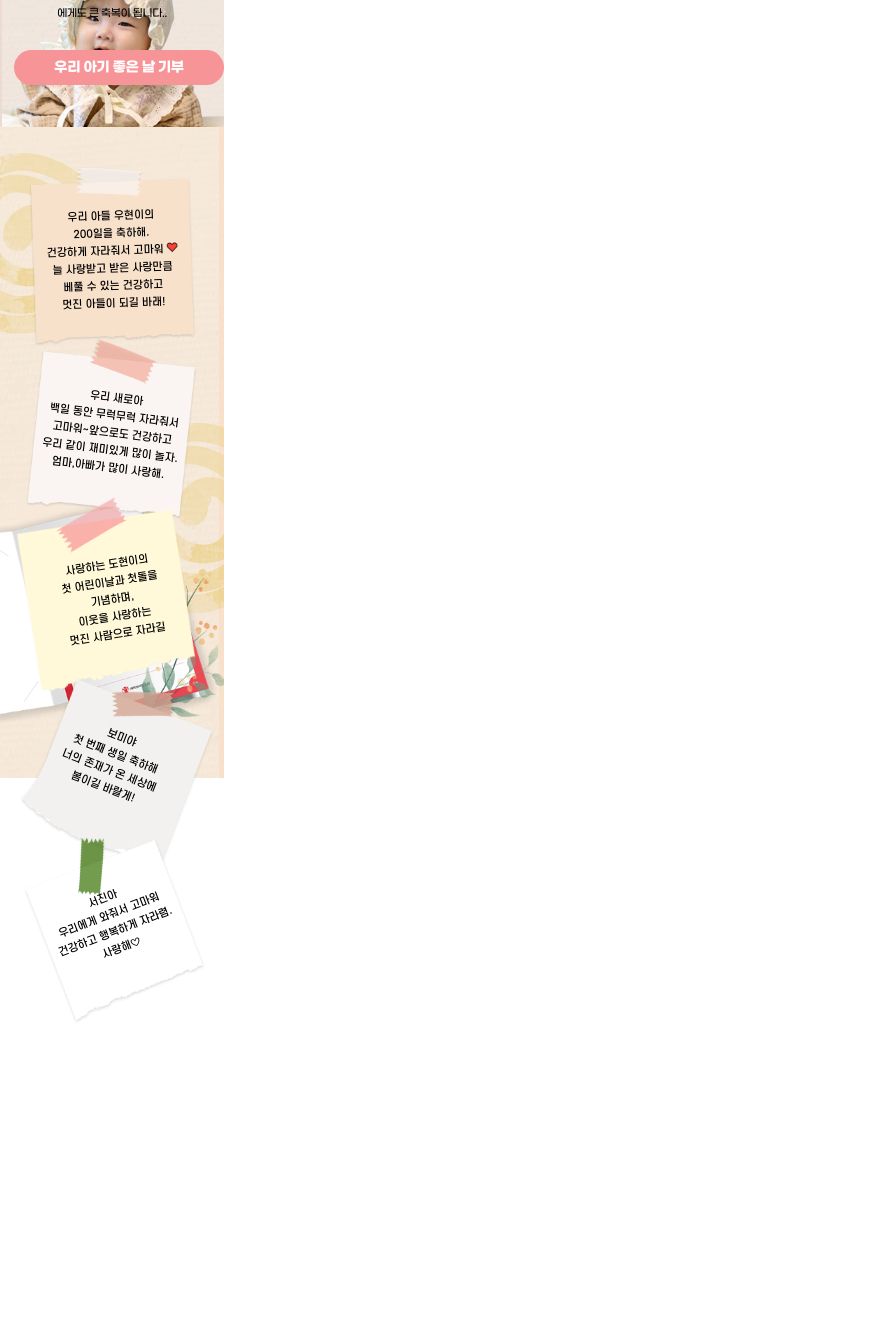
Repository: dlgywls1130/save_the_m320
Page: index.html
The author's editor kept a copy of each file at every save. The page is drawn from the files as they stood at one save, then again after the next save.
The browser window is 1280 px wide. The pictures show the part of the page from y = 819 to 2739 px (the page is 10040 px tall), at 70% of full size.

Above is the page before, as saved 2023-12-21 01:13:43.

### index.html
<!DOCTYPE html>
<html lang="en">
<head>
    <meta charset="UTF-8">
    <meta name="viewport" content="width=device-width, initial-scale=1.0">
    <title>세이브더칠드런</title>

    <link rel="stylesheet" href="./css/reset.css">
    <link rel="stylesheet" href="./css/style.css">

</head>
<body>
    <div class="content_body">
        <section class="section_wrapper section01">
            <div class="se01 se_wrapper">
                <div class="seo01_mobile_wrapp">
                    <div class="se01_sub">
                        <div class="sub_logo">
                            <img src="./img/logo01.png" alt="logo">
                        </div>
                        <p>우리 아기 좋은 날 기부</p>
                    </div>
                    <p class="seo01_title">
                        아가야,
                    </p>
                    <p class="seo01_title_two">
                        너의 <span id="rollingText">탄생</span> 순간을 축하해!
                    </p>
                </div>
                <div class="seo01_mobile_wrapp_bottom">
                    <p class="section_descript mb-45">
                        아이의 건강과 행복을
                        <br>바라는 마음을 담아,
                        <br>탄생, 백일, 첫 걸음마, 첫돌 등
                        <br>내 아이의 소중한 순간을
                        <br>기부로 기념해보세요.
                        <br>함께 자라나는 다른 아이들
                        <br>에게도 큰 축복이 됩니다..
                    </p>

                    <a class="donation_link" href="javascript:void(0)">우리 아기 좋은 날 기부</a>
                </div>

            </div>
        </section>
        <section class="section_wrapper section02">
            <div class="se02 se_wrapper">
                <div class="postit_wrapper">
                    <div class="postit postit01">
                        <p>우리 아들 우현이의<br>
                        200일을 축하해.<br>
                        <span>건강하게 자라줘서 고마워 <img src="./img/heart.png"></span>
                        늘 사랑받고 받은 사랑만큼<br>
                        베풀 수 있는 건강하고<br>
                        멋진 아들이 되길 바래!</p>
                    </div>
                    <div class="postit postit02">
                        <p>우리 새로아<Br>
                        백일 동안 무럭무럭 자라줘서<Br>
                        고마워~앞으로도 건강하고<Br>
                        우리 같이 재미있게 많이 놀자.<Br>
                        엄마,아빠가 많이 사랑해.</p>
                    </div>

                    <div class="postit postit05">
                        <p>사랑하는 도현이의<br>
                        첫 어린이날과 첫돌을<br>
                        기념하며, <br>
                        이웃을 사랑하는<br>
                        멋진 사람으로 자라길</p>

                    </div>
                    <div class="postit postit04">
                        <p>보미야<br>
                        첫 번째 생일 축하해<br>
                        너의 존재가 온 세상에<br>
                        봄이길 바랄게!   </p>
                    </div>

                    <div class="postit postit03">
                        <p>서진아<br>
                        우리에게 와줘서 고마워<br>
                        건강하고 행복하게 자라렴.<br>
                        사랑해♡      </p>
                    </div>

                </div>

            </div>
        </section>
        <section class="section_wrapper section03">
            <div class="se_wrapper se03">
                <div class="se_title_co">
                    아기의 좋은 날을<br> 기념해 주신 모든 분들께
                    <br>후원감사증서를 보내드립니다.
                </div>
                <div class="se_sub_co">
                    후원감사증서는<Br> 아기에게 남기고 싶은 메시지와 아기의 좋은 날이 담긴 사진을<br> 보관할 수 있도록
                    만들어드립니다.<br> 먼 훗날, 아기가 성장해 읽게 될 날을 그리며 편지를 써보세요.
                </div>
            </div>

        </section>
        <section class="section_wrapper section04">
            <div class="se_wrapper se04">
                <div class="se_title_co">
                    이름 자수 순면거즈블랭킷
                </div>
                <div class="se_sub_co">
                    30만원 이상 후원하신 분들께는 순면 거즈 아기 블랭킷(90*110)에
                    <Br>원하시는 이름(영문)을 예쁘게 수놓아 드립니다.
                </div>

                <div class="se04_slide mt-85">
                    <div class="se04_slide_list">
                        <img src="./img/slide03.jpg">
                    </div>
                    <div class="se04_slide_list">
                        <img src="./img/slide02.jpg">
                    </div>
                    <div class="se04_slide_list">
                        <img src="./img/slide01.jpg">
                    </div>
                </div>
            </div>
        </section>
        <section class="section_wrapper section05">
            <div class="se_wrapper se05">
                <div class="se_title_co">
                    후원신청 과정
                </div>


                <div class="se_sub_co">
                    30만원 이상 후원해 주신 경우,
                    <br>감사 선물 수령 주소 및 아기 블랭킷에 새겨질 문구 확인을 위한 문자가 발송됩니다.
                </div>

                <div class="se_step_list">
                    <div class="se_step">
                        <p class="step_number">1</p>
                        <div class="step_ico">
                            <img src="./img/icon01.png" alt="img">
                        </div>
                        <p class="step_descript">
                            후원신청하기
                        </p>
                    </div>
                    <div class="se_step">
                        <p class="step_number">2</p>
                        <div class="step_ico">
                            <img src="./img/icon02.png" alt="img">
                        </div>
                        <p class="step_descript">
                            후원감사증서
                            메시지 적기
                        </p>
                    </div>
                </div>
                <div class="se_step_list">
                    <div class="se_step">
                        <p class="step_number">3</p>
                        <div class="step_ico">
                            <img src="./img/icon03.png" alt="img">
                        </div>
                        <p class="step_descript">
                            신청완료
                        </p>
                    </div>
                    <div class="se_step">
                        <p class="step_number">4</p>
                        <div class="step_ico">
                            <img src="./img/icon04.png" alt="img">
                        </div>
                        <p class="step_descript">
                            후원감사증서 발송
                            (1주 이내)
                        </p>
                    </div>
                </div>


                <a class="donation_link" href="javascript:void(0)">우리 아기 좋은 날 기부</a>
            </div>

        </section>
        <section class="section_wrapper section06">
            <div class="se_wrapper se06">
                <div class="se_title_co">
                    후원금, 이렇게 쓰여요!
                </div>
                <div class="se_sub_co">
                    세이브더칠드런은 <Br><span>국내외 아동을 위한 교육,
                    <Br>보호, 보건영양지원,<Br> 아동권리옹호</span> 등의<Br> 활동을 해나가고 있습니다.
                </div>
                <div class="se_sub_co">
                    보내주신 후원금은<Br> 정치, 종교, 인종에 관계없이<Br> 모든 아이를 구해야 한다는
                    <Br>세이브더칠드런의 신념에 따라 <Br><span>가장 도움 필요한 아이를 위해 우선 사용</span>됩니다.
                </div>
            </div>

        </section>
        <section class="section_wrapper section07">
            <div class="se_wrapper se07">
                <div class="se_title_co">
                    FAQ
                </div>
                <div class="accordion">
                    <div class="accordion-item">
                        <h3 class="title">
                            <span>1. 30만원 이상 후원했습니다. <br>거즈 순면 블랭킷은 언제 오나요?</span>
                            <img src="./img/top.png">
                        </h3>
                        <p class="paragraph">
                            우리아기 축하기부로 30만원 이상 후원자님들께는 담요에 수놓을 아기 이름과
                            선물 수령 주소 확인을 위한 문자가 발송됩니다.
                            02-6900-4479로 발송되는 문자 속 설문조사에 답해주세요.
                            확인을 완료하신 분들께는 블랭킷 제작을 담당하고 있는 조니 스튜디오에서
                            아기 이름 자수 작업 완료 후 배송해 드립니다.

                        </p>
                    </div>
                    <div class="accordion-item">
                        <h3 class="title">
                            <span>2. 거즈 순면 블랭킷, 안전한 제품인가요?</span>
                            <img src="./img/top.png">
                        </h3>
                        <p class="paragraph">
                            본 블랭킷은 워싱된 3중 거즈로 제작되었으며, KC안전검사를 완료하였습니다.
                            소재 특성상 섬유 조각이 발생할 수 있어 망에 넣지 않고 3번 정도 물빨래 하시는 것을 권장합니다.

                        </p>
                    </div>
                    <div class="accordion-item">
                        <h3 class="title">
                            <span>3. 거즈 순면 블랭킷을 받았는 데 하자가 있어요. <Br>어떻게 해야 하나요? </span>
                            <img src="./img/top.png">
                        </h3>
                        <p class="paragraph">
                            070-4220-4123 (조니스튜디오 CS)로 전화 연락 부탁드립니다. 하자 물품에 대한 교환은 수령일로부터 7일 이내에 조니스튜디오에 연락해주셔야 하며, 이로 인한 후원금 환불은 어렵습니다.
                        </p>
                    </div>
                    <div class="accordion-item">
                        <h3 class="title">
                            <span>4. 후원감사증서에 넣을 수 있는 사진 사이즈는 <Br>얼마인가요?</span>
                            <img src="./img/top.png">
                        </h3>
                        <p class="paragraph">
                            사진 인화 사이즈 5*7 인치에 맞추어서 제작되었습니다.  그보다 작은 사진일 경우, 후원감사증서
                            내부의 주머니에 넣어 보관하실 수도  있습니다.

                        </p>
                    </div>
                </div>
            </div>

        </section>
        <section class="section_wrapper section08">
            <div class="se_wrapper se08">
                <div class="se08_postion">
                    <p class="se08_title">우리 아기 좋은 날 기부</p>
                    <p class="se08_descript">
                        탄생, 백일, 첫 걸음마, 첫돌...
                        <br>소중한 우리 아기의 성장을 기념해 보세요!
                        <br>아기의 좋은 날이 모여 세상의 행복이 됩니다.
                    </p>
                    <a href="javascript:void(0)" class="more_btn">
                        <p>자세히보기</p>
                        <svg xmlns="http://www.w3.org/2000/svg" width="16" height="16" fill="currentColor" class="bi bi-chevron-right" viewBox="0 0 16 16">
                            <path fill-rule="evenodd" d="M4.646 1.646a.5.5 0 0 1 .708 0l6 6a.5.5 0 0 1 0 .708l-6 6a.5.5 0 0 1-.708-.708L10.293 8 4.646 2.354a.5.5 0 0 1 0-.708z"/>
                        </svg>
                    </a>
                </div>

            </div>
        </section>
    </div>

    <script src="https://ajax.googleapis.com/ajax/libs/jquery/1.12.4/jquery.min.js"></script>
    <script src="./js/main.js"></script>
</body>
</html>

### css/reset.css


html, body, div, span, applet, object, iframe,
h1, h2, h3, h4, h5, h6, p, blockquote, pre,
a, abbr, acronym, address, big, cite, code,
del, dfn, em, img, ins, kbd, q, s, samp,
small, strike, strong, sub, sup, tt, var,
b, u, i, center,
dl, dt, dd, ol, ul, li,
fieldset, form, label, legend,
table, caption, tbody, tfoot, thead, tr, th, td,
article, aside, canvas, details, embed,
figure, figcaption, footer, header, hgroup,
menu, nav, output, ruby, section, summary,
time, mark, audio, video {
	margin: 0;
	padding: 0;
	border: 0;
	font-size: 100%;
	font: inherit;
	vertical-align: baseline;
}

article, aside, details, figcaption, figure,
footer, header, hgroup, menu, nav, section {
	display: block;
}
body {
	line-height: 1;
}
ol, ul {
	list-style: none;
}
blockquote, q {
	quotes: none;
}
blockquote:before, blockquote:after,
q:before, q:after {
	content: '';
	content: none;
}
table {
	border-collapse: collapse;
	border-spacing: 0;
}

### css/style.css

/* root */
:root{
    --main-color:#B17A60;
    --pink-color:#F79497;
}


/* font */

/* dongle */
@font-face {
    font-family: 'Dongle';
    font-weight: 300;
    src: url('../font/Dongle-Light.ttf') format('ttf'),
    url('../font/Dongle-Light.woff') format('woff');
}

@font-face {
    font-family: 'Dongle';
    font-weight: 500;
    src: url('../font/Dongle-Regular.ttf') format('ttf'),
    url('../font/Dongle-Regular.woff') format('woff');
}

@font-face {
    font-family: 'Dongle';
    font-weight: 700;
    src: url('../font/Dongle-Bold.ttf') format('ttf'),
    url('../font/Dongle-Bold.woff') format('woff');
}


/* Gmarket */
@font-face {
    font-family: 'GmarketSans';
    font-weight: 300;
    src: url('../font/GmarketSansLight.ttf') format('ttf'),
    url('../font/GmarketSansLight.woff') format('woff');
}

@font-face {
    font-family: 'GmarketSans';
    font-weight: 500;
    src: url('../font/GmarketSansMedium.ttf') format('ttf'),
    url('../font/GmarketSansMedium.woff') format('woff');
}

@font-face {
    font-family: 'GmarketSans';
    font-weight: 700;
    src: url('../font/GmarketSansBold.ttf') format('ttf'),
    url('../font/GmarketSansBold.woff') format('woff');
}


/* nanumsqure */

@font-face {
    font-family: 'NanumSquare';
    font-weight: 400;
    src: url('../font/NanumSquareL.ttf') format('ttf'),
    url('../font/NanumSquareL.woff') format('woff');
}

@font-face {
    font-family: 'NanumSquare';
    font-weight: 500;
    src: url('../font/NanumSquareR.ttf') format('ttf'),
    url('../font/NanumSquareR.woff') format('woff');
}

@font-face {
    font-family: 'NanumSquare';
    font-weight: 600;
    src: url('../font/NanumSquareB.ttf') format('ttf'),
    url('../font/NanumSquareB.woff') format('woff');
}

@font-face {
    font-family: 'NanumSquare';
    font-weight: 700;
    src: url('../font/NanumSquareEB.ttf') format('ttf'),
    url('../font/NanumSquareEB.woff') format('woff');
}



/* scdream5 */
@font-face {
    font-family: 'SCDream5';
    src: url('../font/SCDream5.woff') format('woff'),
    url('../font/SCDream5.ttf') format('ttf'),
    url('../font/SCDream5.otf') format('otf');
}


.section_wrapper{
    max-width:320px;
    width: 100%;

}

.se_wrapper{
    max-width: 320px;
    width: 100%;
    position: relative;
    box-sizing: border-box;
}


/* section01 */


.section01{
    background: url(../img/back01.jpg) no-repeat;
    height: 1000px;
    background-size: cover;
    background-position: 86%;
}

.se01{
    padding: 60px 20px;
    box-sizing: border-box;
    height: 100%;
    position: relative;
    display: flex;
    flex-direction: column;
    justify-content: space-between;
}
.se01_sub{
    display: flex;
    align-items: center;
    margin-bottom: 30px;
    flex-direction: column;
}

.sub_logo{
    width: 125px;
    height: 40px;
    margin-right: 10px;
}

.sub_logo img{
    width: 100%;
    height: 100%;
    object-fit: contain;
}

.se01_sub p{
    width: 190px;
    height: 30px;
    background: #B17A60;
    border-radius: 15px;
    display: flex;
    align-items: center;
    justify-content: center;
    letter-spacing: -0.03em;
    font-size: 15px;
    font-weight: 700;
    font-family: 'GmarketSans',sans-serif;
    color: #fff;
}

.seo01_title{
    font-family: 'Dongle',sans-serif;
    font-weight: 500;
    font-size: 100px;
    color: var(--main-color);
    letter-spacing: -0.03em;
    text-align: center;
}

.seo01_title_two{
    font-family: 'Dongle',sans-serif;
    font-weight: 500;
    font-size: 50px;
    color: var(--main-color);
    letter-spacing: -0.03em;
    margin-top: -7%;
    margin-bottom: 50px;
    display: flex;
    align-items: center;
    white-space: nowrap;
    text-align: center;
}

.seo01_title_two span{
    margin: 0 0.5rem;
}
.section_descript{
    font-size: 15px;
    line-height: 25px;
    font-family: 'GmarketSans';
    font-weight: 500;
    letter-spacing: -0.03em;
    color: #000;
    text-align: center;
}

.donation_link{
    width: 300px;
    height: 50px;
    border-radius: 100px;
    display: flex;
    align-items: center;
    justify-content: center;
    background: var(--pink-color);
    color: #fff;
    font-family: 'GmarketSans';
    font-size: 20px;
    font-weight: 700;
    letter-spacing: -0.03em;
    text-decoration: none;
    margin: 40px auto 0;
}


@keyframes roll {
    from {
        transform: translateY(40%);
        opacity: 0;
    }
    to {
        transform: translateY(0);
        opacity: 1;
    }
  }


  #rollingText.animate-text {
    animation: roll 0.5s ease-in-out;
}

/* section02 */

.section02{
    height: 2800px;
    background: url('../img/back02.jpg') no-repeat;
}

.se02{
    box-sizing: border-box;
    height: 100%;
}
.postit_wrapper{
    width: 100%;
    padding: 40px 20px;
    position: relative;
    display: flex;
    flex-direction: column;
    align-items: center;
    box-sizing: border-box;
}

.ex_text{
    font-family: 'GmarketSans';
    font-size: 20px;
    font-weight: 500;
    letter-spacing: -0.03em;
}


.postit p img{
    width: 15px;
    height: auto;
    object-fit: contain;
}
.postit p{
    font-family: 'SCDream5';
    font-size: 15px;
    line-height: 25px;
    text-align: center;
    display: flex;
    justify-content: center;
    align-items: center;
    flex-direction: column;
    height: 100%;
}

.postit01{
    background:url('../img/post04.png') no-repeat;
    width: 285px;
    height: 300px;
    background-size: contain;
    box-sizing: border-box;
}

.postit01 p{
    transform: rotate(358deg);
}

.postit02{
    background: url('../img/post05.png') no-repeat;
    width: 285px;
    height: 300px;
    background-size: contain;
    box-sizing: border-box;
    margin-top: -19%;
}

.postit02 p{
    transform: rotate(7deg);
}

.postit03{
    background:url('../img/post02.png') no-repeat;
    width: 285px;
    height: 300px;
    background-size: contain;
    box-sizing: border-box;
    margin-top: -25%;
    transform: rotate(-14deg);
}

.postit03 p{
    transform: rotate(-7deg);
}

.postit04{
    background: url(../img/post03.png) no-repeat;
    width: 285px;
    height: 300px;
    background-size: cover;
    box-sizing: border-box;
    margin-top: -24%;
    transform: rotate(14deg);
}

.postit04 p{
    transform: rotate(7deg);
}

.postit05{
    background:url('../img/post01.png') no-repeat;
    width: 285px;
    height: 300px;
    background-size: contain;
    box-sizing: border-box;
    margin-top: -22%;
}

.postit05 p{
    transform: rotate(-9deg);
}

/* section03 */

.section03{
    height: 1200px;
    background: url('../img/back03.jpg') no-repeat;
}

.se03{
    padding: 200px 60px 96px;
    box-sizing: border-box;
    height: 100%;
}


.se_title_co{
    font-size: 80px;
    line-height: 80px;
    letter-spacing: -0.03em;
    font-family: 'Dongle';
    font-weight: 500;
    color: var(--main-color);
    text-align: center;
}

.se_sub_co{
    font-size: 20px;
    letter-spacing: -0.03em;
    line-height: 30px;
    font-family: 'GmarketSans';
    font-weight: 500;
    text-align: center;
    margin-top: 30px;
}

/* section04 */

.section04{
    height: 1740px;
    background: url('../img/back04.jpg') no-repeat;
}

.se04{
    padding: 80px 0 130px;
    box-sizing: border-box;
    height: 100%;
}

.se04_slide{
    margin: 60px auto 0;
    padding: 0 60px;
}


.se04_slide_list{
    width: 520px;
    height: 440px;
    border-radius: 9px;
    margin-bottom: 25px;
}

.se04_slide_list img{
    width:100%;
height: 100%;
object-fit: cover;
border-radius: 15px;
}
/* section05 */
.section05{
    height: 1000px;
    background: url('../img/back05.jpg') no-repeat;
}

.se05{
    padding: 80px 60px 140px;
    box-sizing: border-box;
    height: 100%;
}

.se_step_list{
    display: flex;
    align-content: center;
    margin-top: 20px;
    position: relative;
    flex-wrap: wrap;
    justify-content: space-between;
}


.se_step_list .se_step{
    position: relative;
    display: flex;
    flex-direction: column;
    align-items: center;
}

.step_number{
    font-size: 25px;
    letter-spacing: -0.03em;
    line-height: 35px;
    font-weight: 700;
    font-family: 'GmarketSans';
    position: absolute;
    left: 19%;
    top: 0;
    color: var(--main-color);
    z-index: 2;
}

.se_step_list .se_step .step_ico{
    width: 200px;
    height: 200px;
    border-radius: 50%;
    background-color: #fff;
    display: flex;
    align-items: center;
    justify-content: center;
    position: relative;
    z-index: 1;
}

.se_step_list .se_step .step_ico img {
    width: 138px;
    height: 138px;
    object-fit: contain;
    object-position: 73%;
}

.step_descript{
    font-size: 20px;
    letter-spacing: -0.03em;
    line-height: 23px;
    font-weight: 500;
    font-family: 'GmarketSans';
    text-align: center;
    margin-top: 20px;
    color: var(--main-color);
}


.section05 .donation_link{
    margin: 70px auto 0;
}


/* section06 */
.section06{
    height:800px;
    background: url('../img/back06.jpg') no-repeat;
}

.se06{
    padding: 155px 0;
    height: 100%;
    box-sizing: border-box;
}


.se_sub_co span{
    font-weight: 700;
}
/* section07 */

.section07{
    height:1000px;
    background: url('../img/back07.jpg') no-repeat;
}

.se07{
    padding: 100px 0;
    height: 100%;
    box-sizing: border-box;
}


.accordion{
    margin-top: 38px;
}
.accordion-item {
    padding:15px 30px;
    margin: 0;
    overflow: hidden;
}

.accordion-item .title {
    display: flex;
    justify-content: space-between;
    align-items: center;
    font-weight: 700;
    font-size: 20px;
    line-height: 30px;
    letter-spacing: -0.03em;
    cursor: pointer;
    width: 100%;
    height: 100px;
    border-radius: 50px;
    background-color: #fff;
    color: var(--main-color);
    padding: 0 50px;
    font-family: 'GmarketSans';
    box-sizing: border-box;
    text-indent: -10px;
}

.accordion-item .title img {
    font-size: 0.9rem;
    color: #454545;
    transform: rotate(0);
    transition: transform 0.15s ease;
}

.accordion-item .paragraph {
    font-weight: 500;
    font-size: 20px;
    letter-spacing: -0.03em;
    color: #000;
    display: none;
    padding: 30px 35px 15px;
    list-style: inside;
    line-height: 30px;
    font-family: 'GmarketSans';
}

.accordion-item .paragraph .indent{
    text-indent: 1rem;
}


.accordion-item .paragraph span{
    font-weight: bold;
}

.accordion-item.active .title img{
    transform: rotate(180deg);
}

.accordion-item.active .paragraph {
    display: block;
}


/* section08 */

.section08{
    height:500px;
    background: url('../img/banner.jpg') no-repeat;
}
.se08{
    position: relative;
    height: 100%;
}

.se08_postion{
    display: flex;
    align-items: center;
    justify-content: center;
    flex-direction: column;
    height: 100%;
}

.se08_title{
    font-family: 'NanumSquare';
    font-weight: 600;
    font-size: 30px;
    letter-spacing: -0.05em;
    line-height: 50px;
    position: relative;
    text-align: center;
    margin-bottom: 30px;
}



.se08_descript{
    font-family: 'NanumSquare';
    font-weight: 500;
    font-size: 20px;
    line-height: 30px;
    letter-spacing: -0.05em;
    text-align: center;
}

.more_btn{
    margin-top: 38px;
    width: 150px;
    height: 40px;
    background: #543F2C;
    display: flex;
    align-items: center;
    justify-content: center;
    text-decoration: none;
}

.more_btn p{
    font-family: 'NanumSquare';
    font-weight: 500;
    font-size: 18px;
    color: #fff;

}

.more_btn svg{
    fill: #fff;
}

Loaded but not shown: js/main.js (46 lines, source omitted)

After the next save:
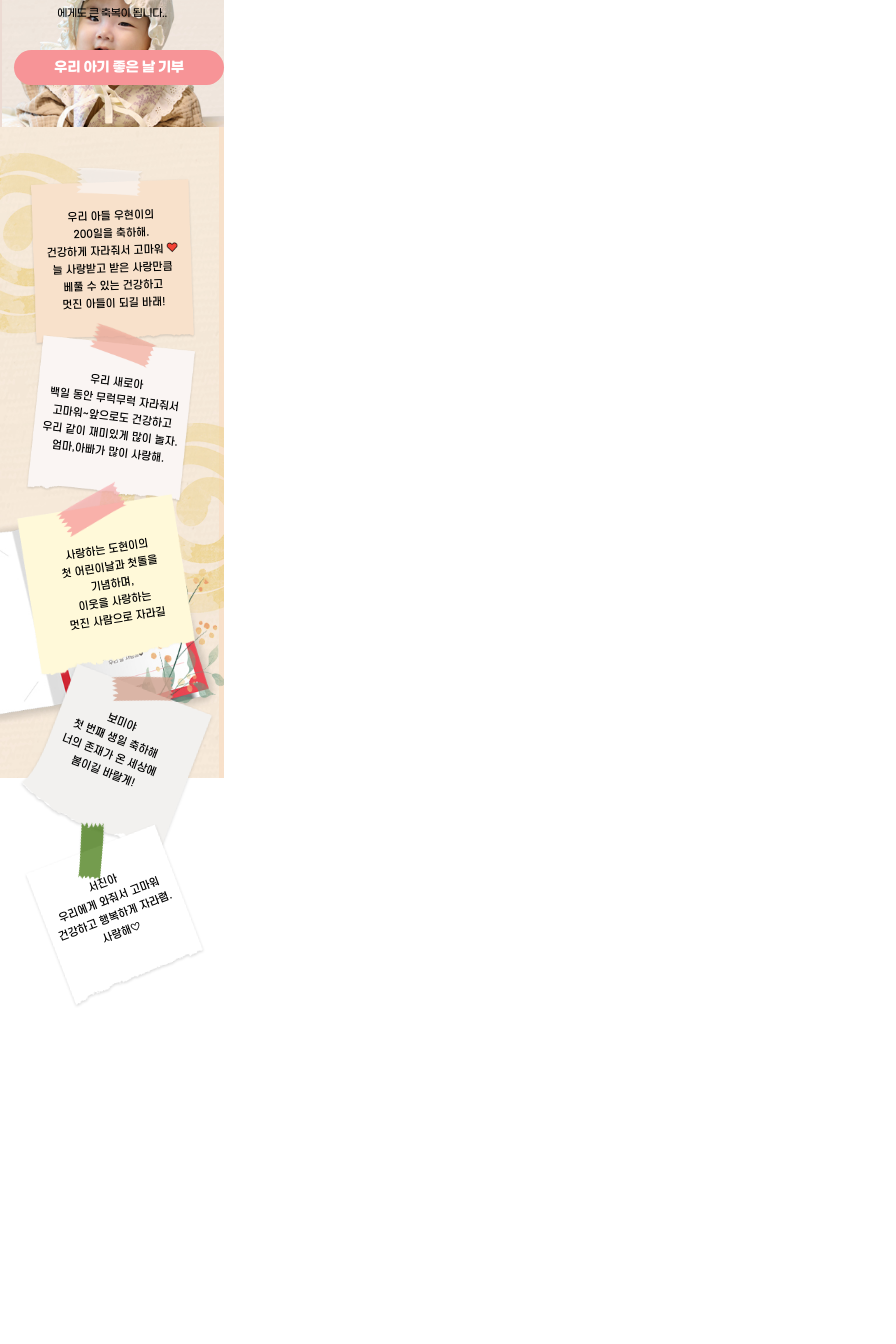
Saved 49 s later.
--- a/css/style.css
+++ b/css/style.css
@@ -296,7 +296,7 @@
     height: 300px;
     background-size: contain;
     box-sizing: border-box;
-    margin-top: -19%;
+    margin-top: -27%;
 }
 
 .postit02 p{
